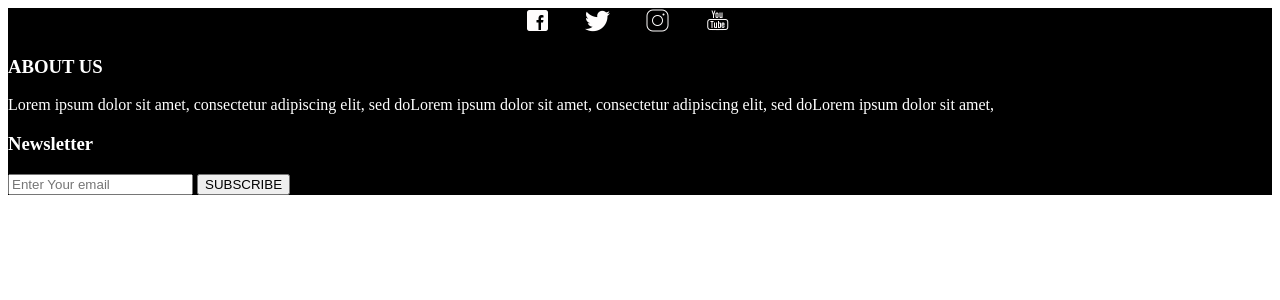
Repository: AVINKUMARP/gifts
Page: demo3.html
These files come from the project's save history. The page is drawn as it stood at one moment and after the next save; the edit follows.
The browser window is 1280 px wide. The pictures show the whole page.

Above is the page before, as saved 2023-08-24 15:25:24.

After the next save:
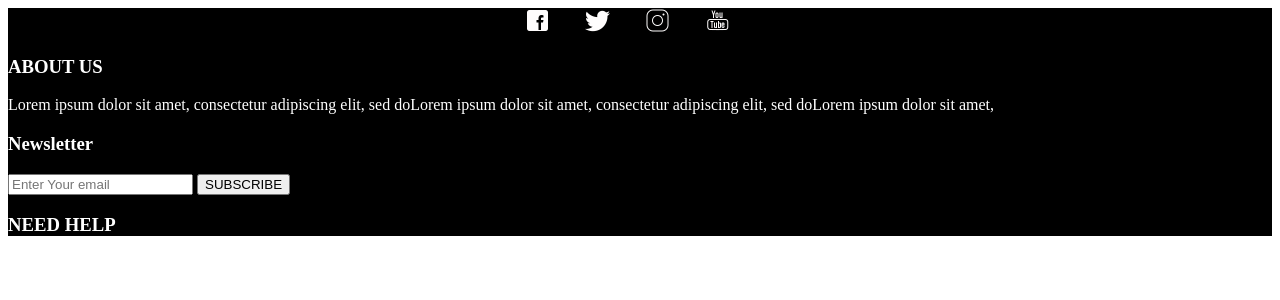
Saved 14 s later.
--- a/demo3.html
+++ b/demo3.html
@@ -46,7 +46,8 @@
                 <button>SUBSCRIBE</button>
             </div>
             <div class="lthree">
-                <h3></h3>
+                <h3>NEED HELP</h3>
+                <p></p>
             </div>
         </div>
     </div>
